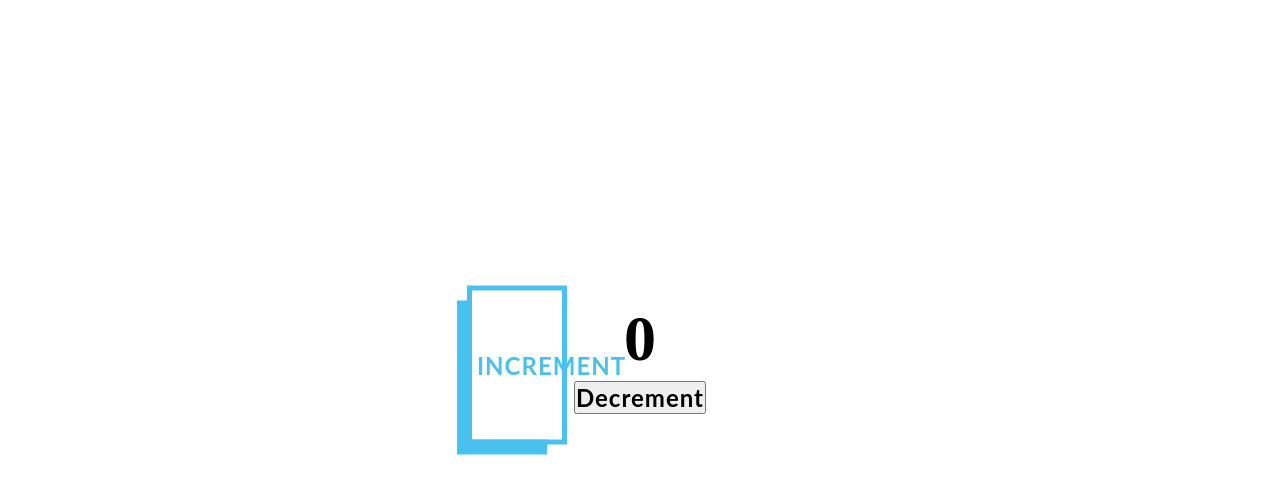
Repository: Ellisvelandia/react_introduction_test
Page: /
These files come from the project's save history. The page is drawn as it stood at one moment and after the next save; the edit follows.
The browser window is 1280 px wide. The pictures show the whole page.
The project was rebuilt for these pictures with package versions that can differ from the ones it lists, and the page was loaded fresh each time. Also part of the build but not shown: src/index.css.

Above is the page before, as saved 2022-08-15 20:06:49.

After the next save:
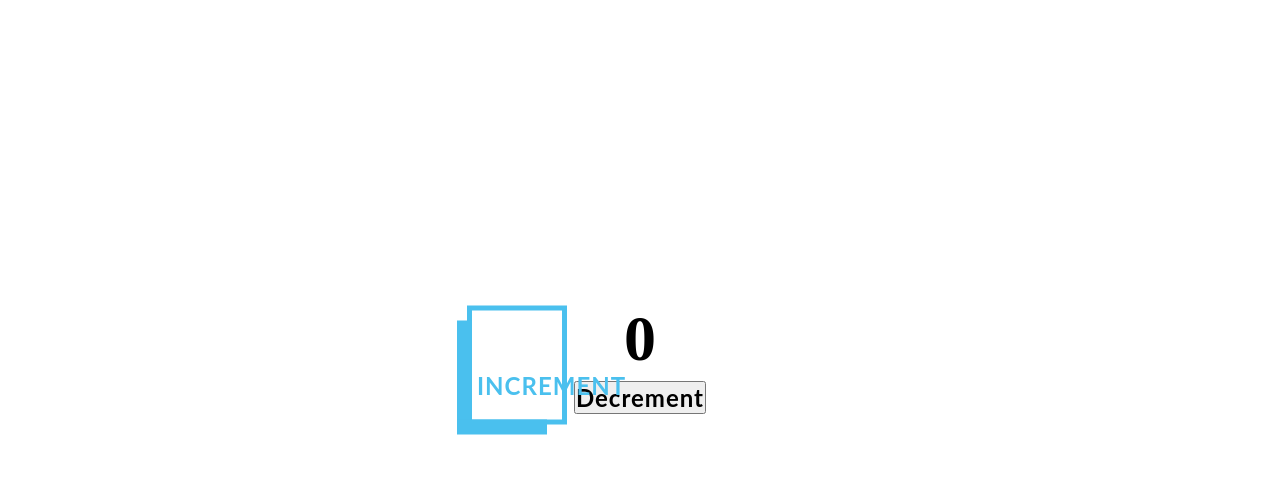
Saved 11 s later.
--- a/src/App.scss
+++ b/src/App.scss
@@ -40,7 +40,7 @@ button {
 
   background: #fff;
   max-width: 100px;
-  padding: 60px 5px;
+  padding: 60px 5px  20px;
 
   border: 5px solid #4ac0ee;
   color: #4ac0ee;
